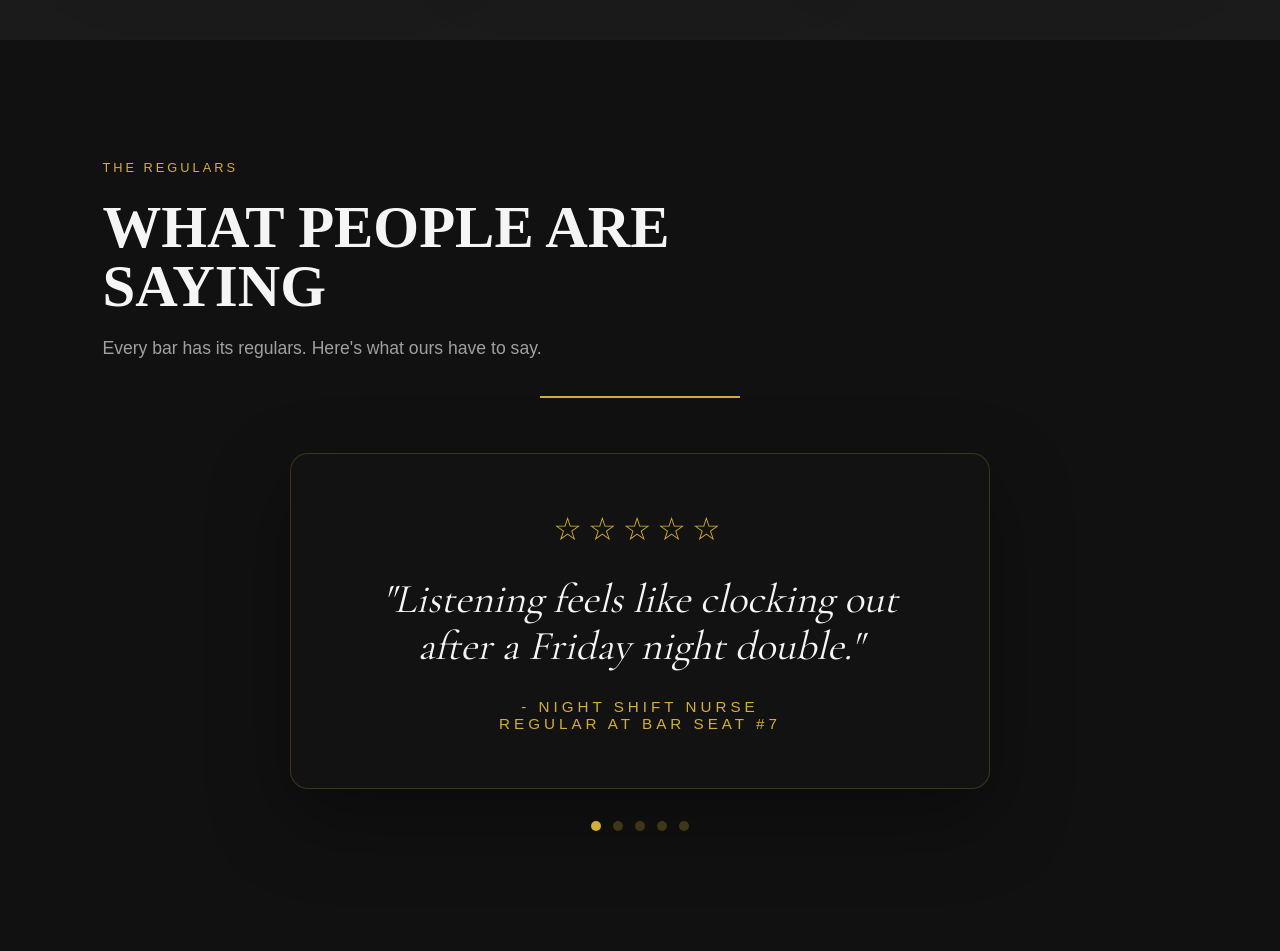
Repository: Gage-Codes/BarRot
Page: css/index.html
The author's editor kept a copy of each file at every save. The page is drawn from the files as they stood at one save, then again after the next save.
The browser window is 1280 px wide. The pictures show the part of the page from y = 4463 to 5415 px (the page is 5414 px tall before and 5415 px after).

Above is the page before, as saved 2026-07-05 00:59:07.

After the next save:
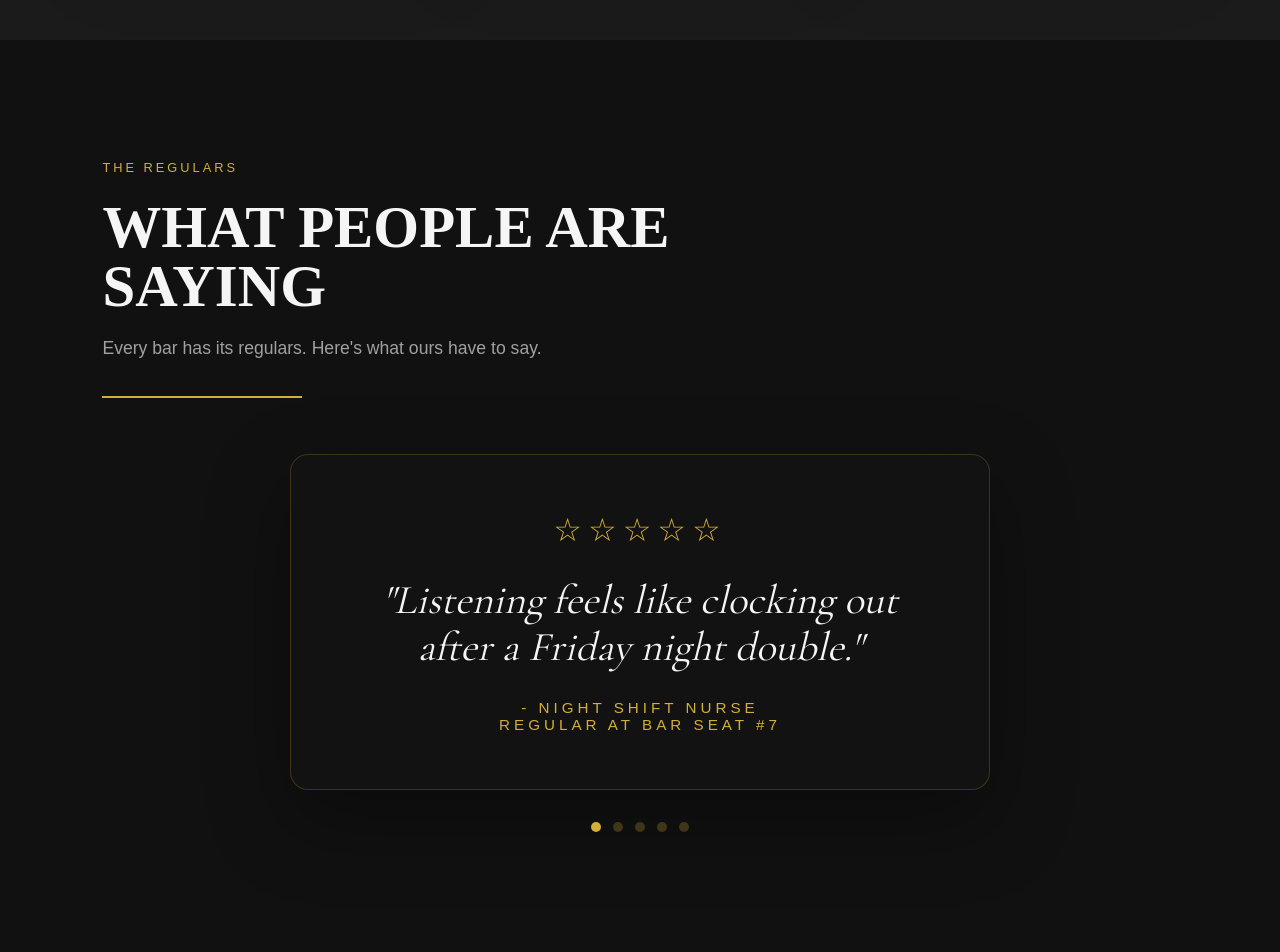
Saved 7 min 35 s later.
--- a/css/style.css
+++ b/css/style.css
@@ -537,9 +537,7 @@
 }
 #reviews .section-divider {
     width: 200px;
-    height: 2px;
-    background: var(--accent);
-    margin: 30px auto 55px;
+    margin: 0 0 56px;
 }
 .review-slider {
     display: flex;
